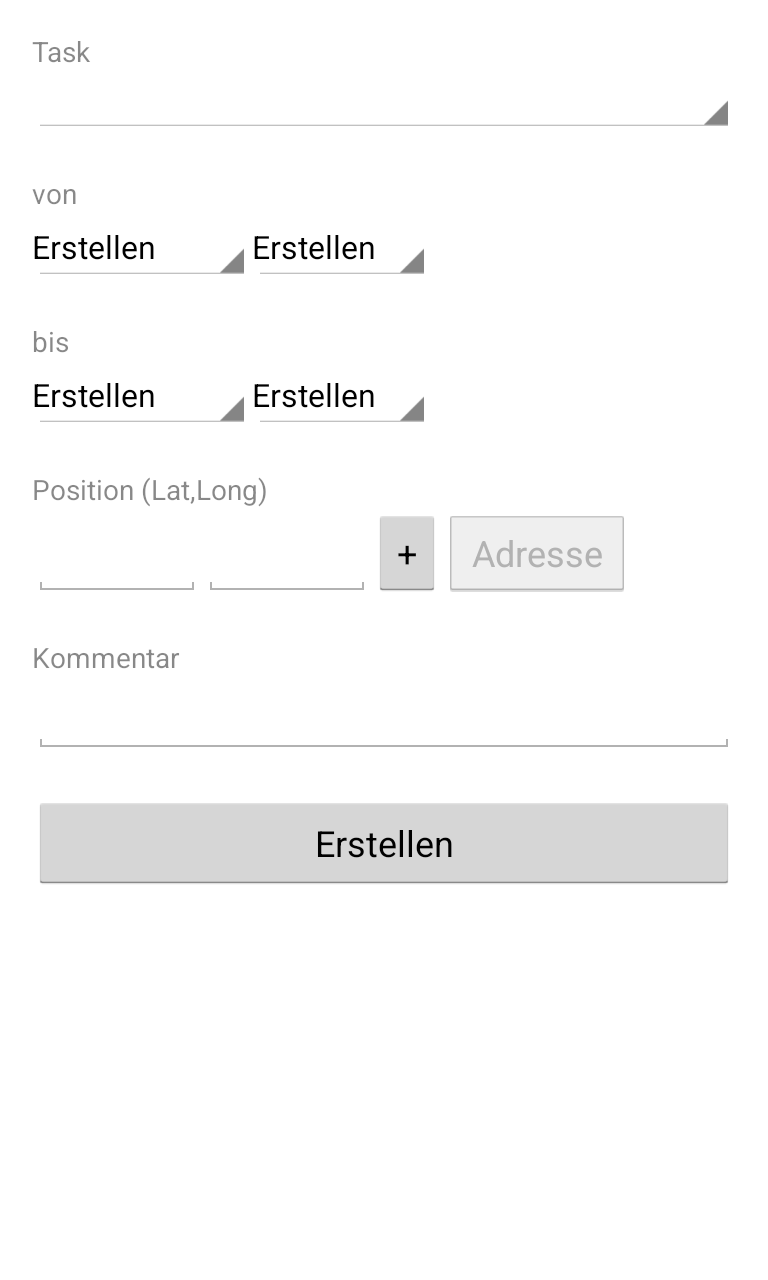
Repository: floriandrs/ttracker
Layout: TTracker/res/layout/activity_create_new_track.xml
These files come from the project's save history. The layout is drawn as it stood at one moment and after the next save; the edit follows.
It is drawn on a 768 x 1280 px phone screen (xhdpi) without system bars, with theme AppTheme; the app's code is not run.

Above is the layout before, as saved 2015-02-25 20:03:48.

### TTracker/res/layout/activity_create_new_track.xml
<RelativeLayout xmlns:android="http://schemas.android.com/apk/res/android"
    xmlns:tools="http://schemas.android.com/tools"
    android:layout_width="match_parent"
    android:layout_height="match_parent"
    android:paddingBottom="@dimen/activity_vertical_margin"
    android:paddingLeft="@dimen/activity_horizontal_margin"
    android:paddingRight="@dimen/activity_horizontal_margin"
    android:paddingTop="@dimen/activity_vertical_margin"
    tools:context="com.slart.ttracker.activitiy.EditTrackActivity" >

    <TextView
        android:id="@+id/trackLabel"
        android:text="@string/track"
        style="@style/FormLabel"
        android:layout_marginTop="0dp" />

    <Spinner
        android:id="@+id/track"
        android:layout_width="match_parent"
        android:layout_height="wrap_content"
        android:layout_below="@id/trackLabel" />

    <TextView
        android:id="@+id/startLabel"
        android:layout_below="@id/track"
        android:text="@string/from"
        style="@style/FormLabel" />

    <Button
        android:id="@+id/startDate"
        android:layout_width="110dp"
        android:layout_height="35dp"
        android:layout_below="@id/startLabel"
        style="?android:attr/spinnerStyle"
        android:text="@string/create"
        android:onClick="setStartDate" />

    <Button
        android:id="@+id/startTime"
        android:layout_width="90dp"
        android:layout_height="35dp"
        android:layout_below="@id/startLabel"
        android:layout_toRightOf="@id/startDate"
        style="?android:attr/spinnerStyle"
        android:text="@string/create"
        android:onClick="setStartTime" />

    <TextView
        android:id="@+id/endLabel"
        android:layout_below="@id/startTime"
        android:text="@string/to"
        style="@style/FormLabel" />


    <Button
        android:id="@+id/endDate"
        android:layout_width="110dp"
        android:layout_height="35dp"
        android:layout_below="@id/endLabel"
        style="?android:attr/spinnerStyle"
        android:text="@string/create"
        android:onClick="setEndDate" />

    <Button
        android:id="@+id/endTime"
        android:layout_width="90dp"
        android:layout_height="35dp"
        android:layout_below="@id/endLabel"
        android:layout_toRightOf="@id/endDate"
        style="?android:attr/spinnerStyle"
        android:text="@string/create"
        android:onClick="setEndTime" />

    <TextView
        android:id="@+id/locationLabel"
        android:layout_below="@id/endTime"
        android:text="@string/location"
        style="@style/FormLabel" />

    <EditText
        android:id="@+id/lat"
        android:layout_width="85dp"
        android:layout_height="45dp"
        android:layout_below="@id/locationLabel" />

    <EditText
        android:id="@+id/lon"
        android:layout_width="85dp"
        android:layout_height="45dp"
        android:layout_below="@id/locationLabel"
        android:layout_toRightOf="@id/lat" />

    <Button
        android:id="@+id/locationButton"
        android:layout_width="35dp"
        android:layout_height="45dp"
        android:layout_below="@id/locationLabel"
        android:text="@string/location_update"
        android:onClick="onLocationUpdateButtonClick"
        android:layout_toRightOf="@id/lon" />

    <Button
        android:id="@+id/georefButton"
        android:layout_width="95dp"
        android:layout_height="45dp"
        android:layout_below="@id/locationLabel"
        android:layout_toRightOf="@id/locationButton"
        android:enabled="false"
        android:onClick="onGeorefButtonClick"
        android:text="@string/georef" />

    <TextView
        android:id="@+id/commentLabel"
        android:layout_below="@id/locationButton"
        android:text="@string/comment"
        style="@style/FormLabel" />

    <EditText
        android:id="@+id/comment"
        android:layout_below="@id/commentLabel"
        style="@style/FormWidthHeight" />

	<Button
        android:id="@+id/enter"
		android:layout_alignParentRight="true"
        android:layout_below="@id/comment"
        style="@style/FormTopMargin"
        android:text="@string/create"
        android:onClick="onCreateNewTrack" />


</RelativeLayout>

### TTracker/res/values/styles.xml
<resources>

    <!--
        Base application theme, dependent on API level. This theme is replaced
        by AppBaseTheme from res/values-vXX/styles.xml on newer devices.
    -->
    <style name="AppBaseTheme" parent="android:Theme.Light">
        <!--
            Theme customizations available in newer API levels can go in
            res/values-vXX/styles.xml, while customizations related to
            backward-compatibility can go here.
        -->
    </style>

    <!-- Application theme. -->
    <style name="AppTheme" parent="AppBaseTheme">
        <!-- All customizations that are NOT specific to a particular API-level can go here. -->
    </style>


    <style name="FormWidthHeight">
        <item name="android:layout_width">match_parent</item>
        <item name="android:layout_height">wrap_content</item>
    </style>

    <style name="FormTopMargin" parent="@style/FormWidthHeight">
        <item name="android:layout_marginTop">20dp</item>
    </style>

    <style name="FormLabel" parent="@style/FormTopMargin">
        <item name="android:textColor">#77000000</item>
        <item name="android:textSize">14dp</item>
    </style>

</resources>

### TTracker/res/values/strings.xml
<?xml version="1.0" encoding="utf-8"?>
<resources>

    <string name="app_name">TTracker</string>
    <string name="action_settings">Settings</string>
    <string name="hello_world">Hello world!</string>
    <string name="hello_blank_fragment">Hello blank fragment</string>
    <string name="title_activity_view_all_tracks">ViewAllTracksActivity</string>
    <string name="title_activity_edit_track">Neue Aktivitaet anlegen</string>
    <string name="title_activity_stats">StatsActivity</string>
    <string name="title_activity_stats_simple">StatsSimple</string>
    <string name="title_activity_stats_average">StatsAverageActivity</string>
    <string name="main_open_create_new_track_label">Start new</string>
    <string name="open_view_all">Track-Liste öffnen</string>
    <string name="open_time_filter_stats">Tracks pro Zeitraum</string>
    <string name="open_activity_stats">Analyse</string>
    <string name="open_activity_stats_simple">Summen pro Kategorie</string>
    <string name="open_activity_stats_average">Durchschnitt pro Kategorie</string>
    <string name="open_activity_view_all_categories">Kategorien verwalten</string>
    <string name="open_create_new_track">Neuen Track starten</string>
    <string name="close_current_track">Aktiven Track stoppen</string>
    <string name="update_current_track">Aktiven Track editieren</string>
    <string name="current_track_label">Aktiver Track:</string>
    <string name="create">Erstellen</string>
    <string name="created_category">Neue Kategorie wurde erstellt: </string>
    <string name="category_already_exists">Kategorie existiert bereits: </string>
    <string name="add">Hinzufügen</string>
    <string name="delete">Löschen</string>
    <string name="update">Aktualisieren</string>
    <string name="location_update">+</string>
    <string name="georef">Adresse</string>
    <string name="now">jetzt</string>
    <string name="today">heute</string>
    <string name="since">seit</string>
    <string name="empty">-</string>
    <string name="none">Kein aktiver Track</string>
    <string name="location">Position (Lat,Long)</string>
    <string name="comment">Kommentar</string>
    <string name="track">Task</string>
    <string name="from">von</string>
    <string name="to">bis</string>
    <string name="started_new_track">Neuer Track gestartet:</string>
    <string name="updated_track">Track aktualisiert:</string>
    <string name="update_track">Bearbeiten</string>
    <string name="delete_track">Löschen</string>
    <string name="export_track_to_calendar">Export an Kalender</string>
    <string name="view_track_in_map">In Karte ansehen</string>

    <string name="no_network">Keine Netzwerkverbindung!</string>
    <string name="address_lookup_start">Adresse wird georeferenziert...</string>
    <string name="lat_or_lon_must_be_set">Lat und Lon müssen ausgefüllt sein</string>
    <string name="address_lookup_finish">Adresse gefunden</string>
    <string name="invalid_geocoding_result">Adresse konnte nicht verarbeitet werden</string>
    <string name="web_error">Fehler beim laden der Seite</string>

    <string name="category_name">Kategorie-Name</string>

    <string-array name="tracks_array">
        <item>Programmieren</item>
        <item>Meeting</item>
        <item>Testing</item>
    </string-array>

    <string name="title_activity_edit_categories">EditCategoriesActivity</string>
    <string name="title_activity_edit_category">EditCategoryActivity</string>
    <string name="title_activity_view_all_categories">ViewAllCategoriesActivity</string>

</resources>

Loaded but not shown: TTracker/res/values-v11/styles.xml (common file); TTracker/res/values-v14/styles.xml (common file); TTracker/res/values/dimens.xml (common file); TTracker/res/values-w820dp/dimens.xml (common file)

After the next save:
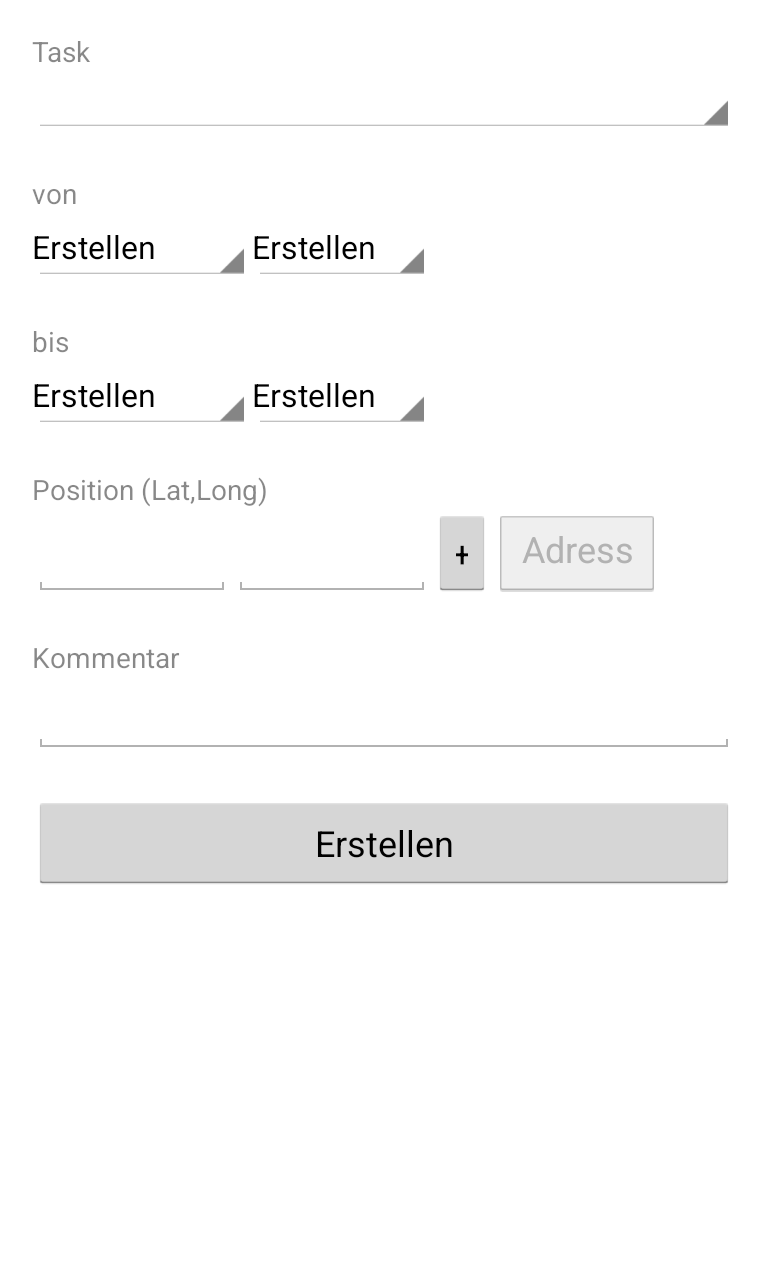
Saved 39 s later.
--- a/TTracker/res/layout/activity_create_new_track.xml
+++ b/TTracker/res/layout/activity_create_new_track.xml
@@ -79,20 +79,20 @@
 
     <EditText
         android:id="@+id/lat"
-        android:layout_width="85dp"
+        android:layout_width="100dp"
         android:layout_height="45dp"
         android:layout_below="@id/locationLabel" />
 
     <EditText
         android:id="@+id/lon"
-        android:layout_width="85dp"
+        android:layout_width="100dp"
         android:layout_height="45dp"
         android:layout_below="@id/locationLabel"
         android:layout_toRightOf="@id/lat" />
 
     <Button
         android:id="@+id/locationButton"
-        android:layout_width="35dp"
+        android:layout_width="30dp"
         android:layout_height="45dp"
         android:layout_below="@id/locationLabel"
         android:text="@string/location_update"
@@ -101,7 +101,7 @@
 
     <Button
         android:id="@+id/georefButton"
-        android:layout_width="95dp"
+        android:layout_width="85dp"
         android:layout_height="45dp"
         android:layout_below="@id/locationLabel"
         android:layout_toRightOf="@id/locationButton"
